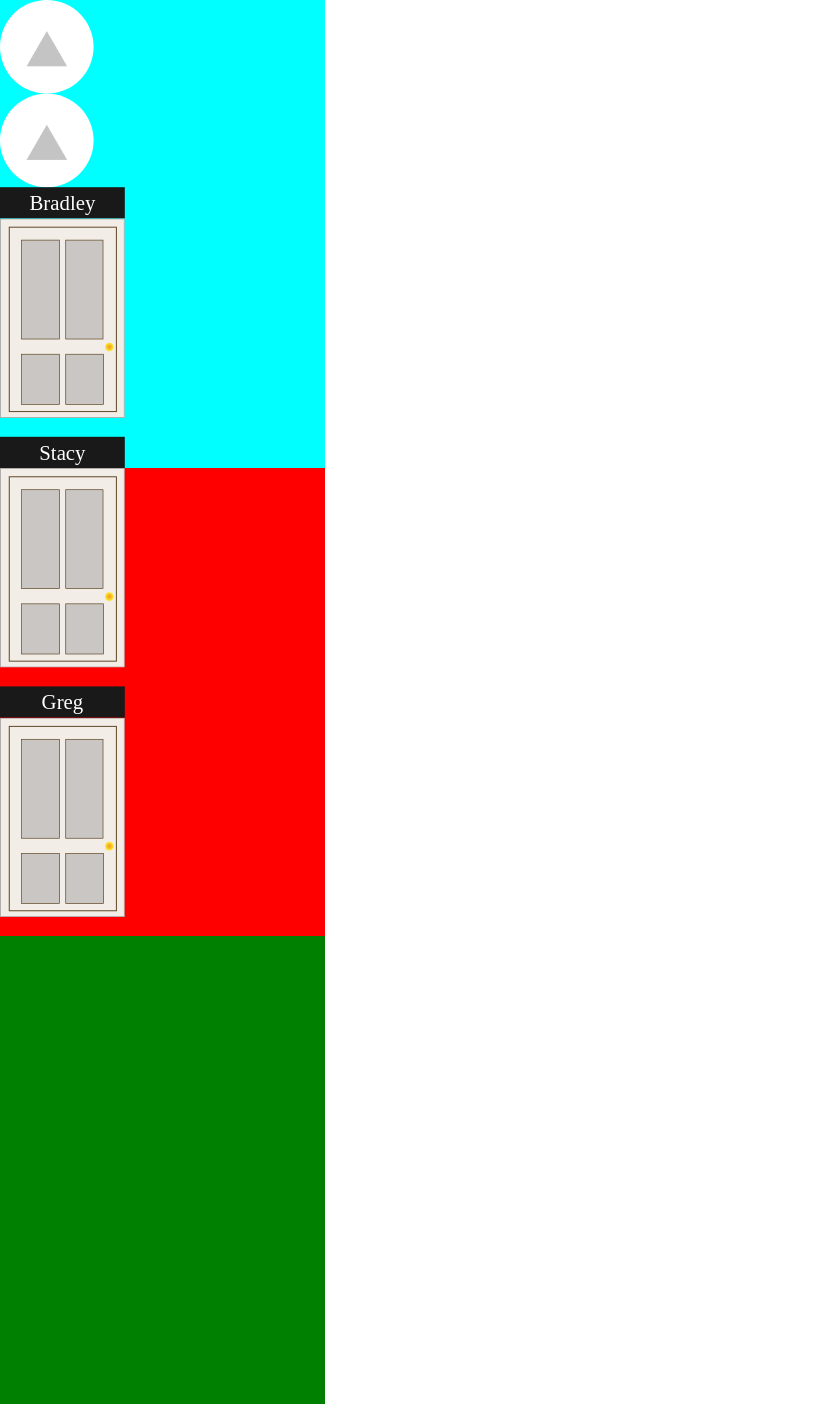
Repository: dnguyen130/HelpAHomieV3
Page: index.html
These files come from the project's save history. The page is drawn as it stood at one moment and after the next save; the edit follows.
The browser window is 1280 px wide. The pictures show the whole page, at 65% of full size.

Above is the page before, as saved 2021-03-10 20:28:25.

### index.html
<!DOCTYPE html>
<html lang="en">
<head>
    <meta charset="UTF-8">
    <meta http-equiv="X-UA-Compatible" content="IE=edge">
    <meta name="viewport" content="width=device-width, initial-scale=1.0">
    <link rel="stylesheet" href="styles.css" type="text/css">
    <title>Document</title>
</head>
<body>

    <div class="main">
        <div class="door-screen1 height">
            <div class="arrow"></div>
            <div class="door-container"></div>
        </div>
        <div class="door-screen2 height">
            <div class="arrow"></div>
            <div class="door-container"></div>
        </div>
        <div class="door-screen3 height">
            <div class="arrow"></div>
            <div class="door-container"></div>
        </div>
    </div>
    <script src="./comps/Door/index.js"></script>
    <script src="./comps/TriangleButton/index.js"></script>
    <script src="workflow.js"></script>
</body>
</html>

### styles.css
html, body{
    margin: 0;
}

.height{
    height: 100vh;
    width: 500px;
}

.door-screen1{
    background-color: aqua;
}

.door-screen2{
    background-color: red;
}

.door-screen3{
    background-color: green;
}

### comps/Door/index.js
function DoorUI(text="Bradley", image="images/doorclosed.svg", hoverimage="images/dooropened.svg"){
    return `
        <div style="
            width: 12rem;
            height: 24rem;
            display: flex;
            flex-direction: column;
            align-items: center;
        ">
            <div style="
                width: 12rem;
                height: 3rem;
                font-size: 2rem;
                background-color: #191919;
                color: white;
                display: flex;
                align-items: center;
                justify-content: center;
            ">${text}
            </div>
            <img
            src="${image}"
            onmouseover="this.src='${hoverimage}'"
            onmouseout="this.src='${image}'"
            />
        </div>
    `
}


// export const Door = DoorUI();

### comps/TriangleButton/index.js
function TriangleButtonUI(tri="images/Circle-Triangle.png") {
    return `
    <div style="
            width: 3rem;
            height: 3rem;
            display: flex;
            flex-direction: column;
            align-items: center;
            padding: 3rem;
            border-radius: 25rem;
            background-color: #FFFFFF;
        "
        onmouseover="this.style.boxShadow= '0px 0px 10px 5px rgba(251, 0, 181, 0.7)'"
        onmouseout="this.style.boxShadow='0px 0px 0px 0px rgba(251, 0, 181, 0.7)'"
        >
            <img
            src="${tri}"
            />
        </div>
    `
}

### workflow.js
//arrows
document.querySelector(".arrow").innerHTML += TriangleButtonUI();
document.querySelector(".arrow").innerHTML += TriangleButtonUI();


//doors
document.querySelector(".door-container").innerHTML += DoorUI();
document.querySelector(".door-container").innerHTML += DoorUI("Stacy");
document.querySelector(".door-container").innerHTML += DoorUI("Greg");

After the next save:
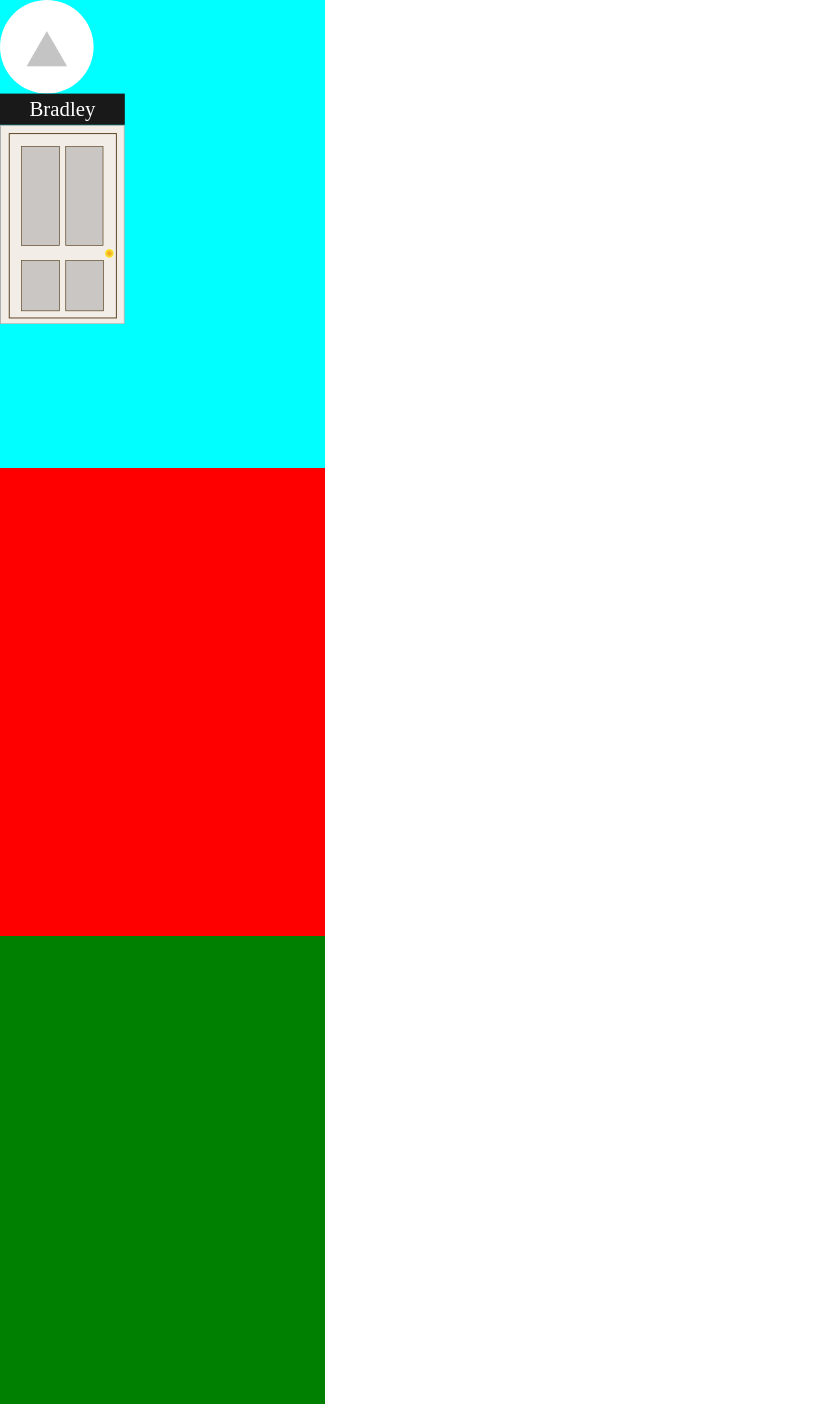
Saved 18 s later.
--- a/workflow.js
+++ b/workflow.js
@@ -1,9 +1,9 @@
 //arrows
 document.querySelector(".arrow").innerHTML += TriangleButtonUI();
-document.querySelector(".arrow").innerHTML += TriangleButtonUI();
+// document.querySelector(".arrow").innerHTML += TriangleButtonUI();
 
 
 //doors
 document.querySelector(".door-container").innerHTML += DoorUI();
-document.querySelector(".door-container").innerHTML += DoorUI("Stacy");
-document.querySelector(".door-container").innerHTML += DoorUI("Greg");
+// document.querySelector(".door-container").innerHTML += DoorUI("Stacy");
+// document.querySelector(".door-container").innerHTML += DoorUI("Greg");
